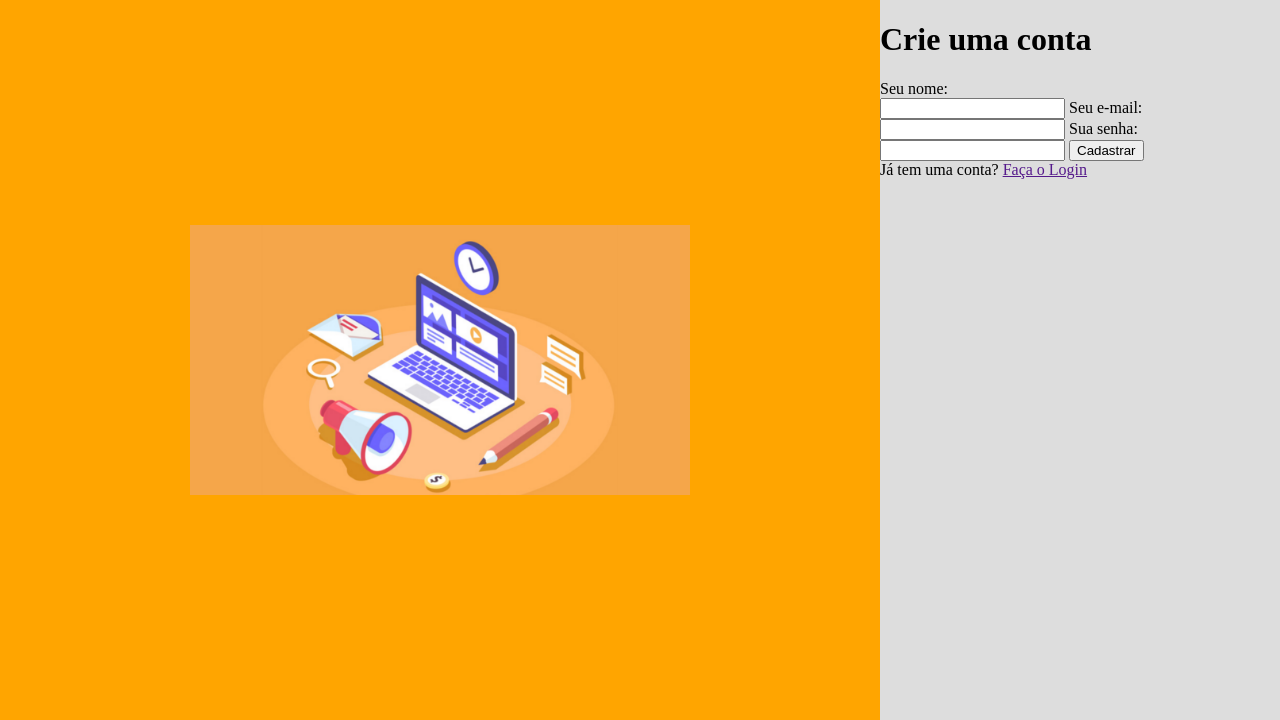
Repository: rafavirginio/tela-de-login
Page: index.html
The author's editor kept a copy of each file at every save. The page is drawn from the files as they stood at one save, then again after the next save.
The browser window is 1280 px wide. The pictures show the whole page.

Above is the page before, as saved 2020-09-14 23:24:24.

After the next save:
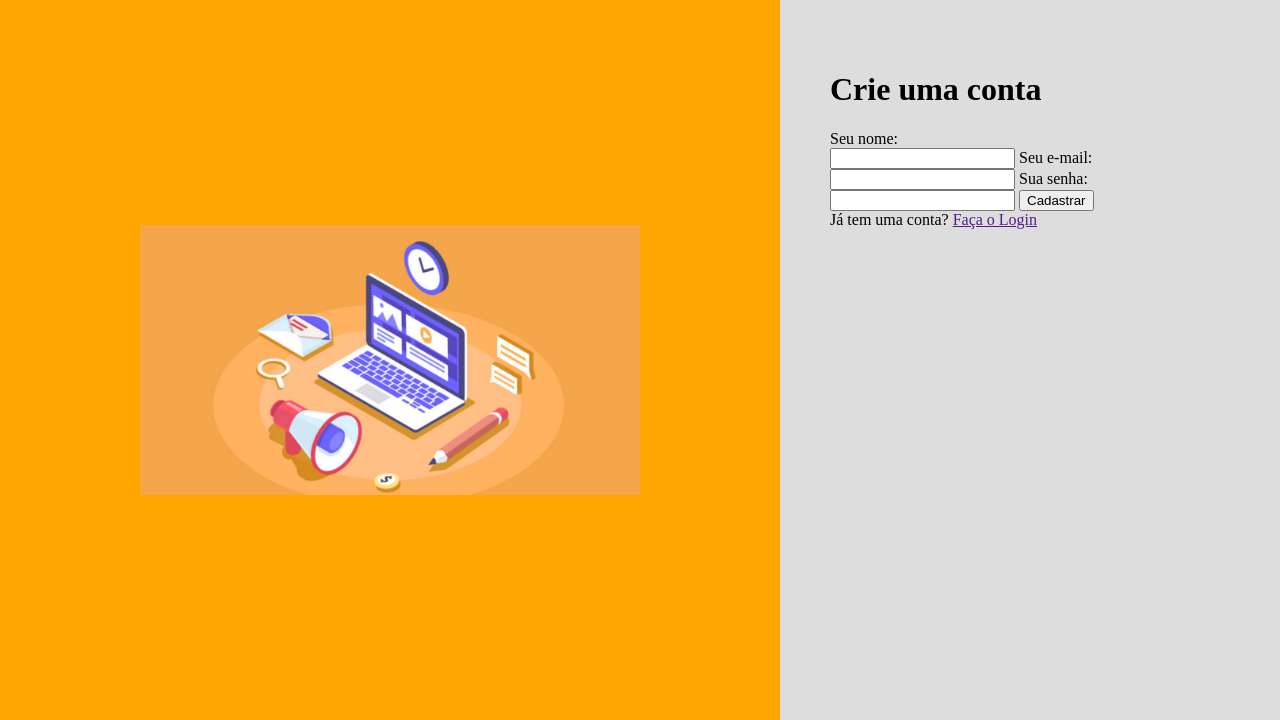
Saved 40 s later.
--- a/style.css
+++ b/style.css
@@ -23,4 +23,5 @@ body {
 .rightside {
     width: 400px;
     background-color: #DDD;
+    padding: 50px;
 }
